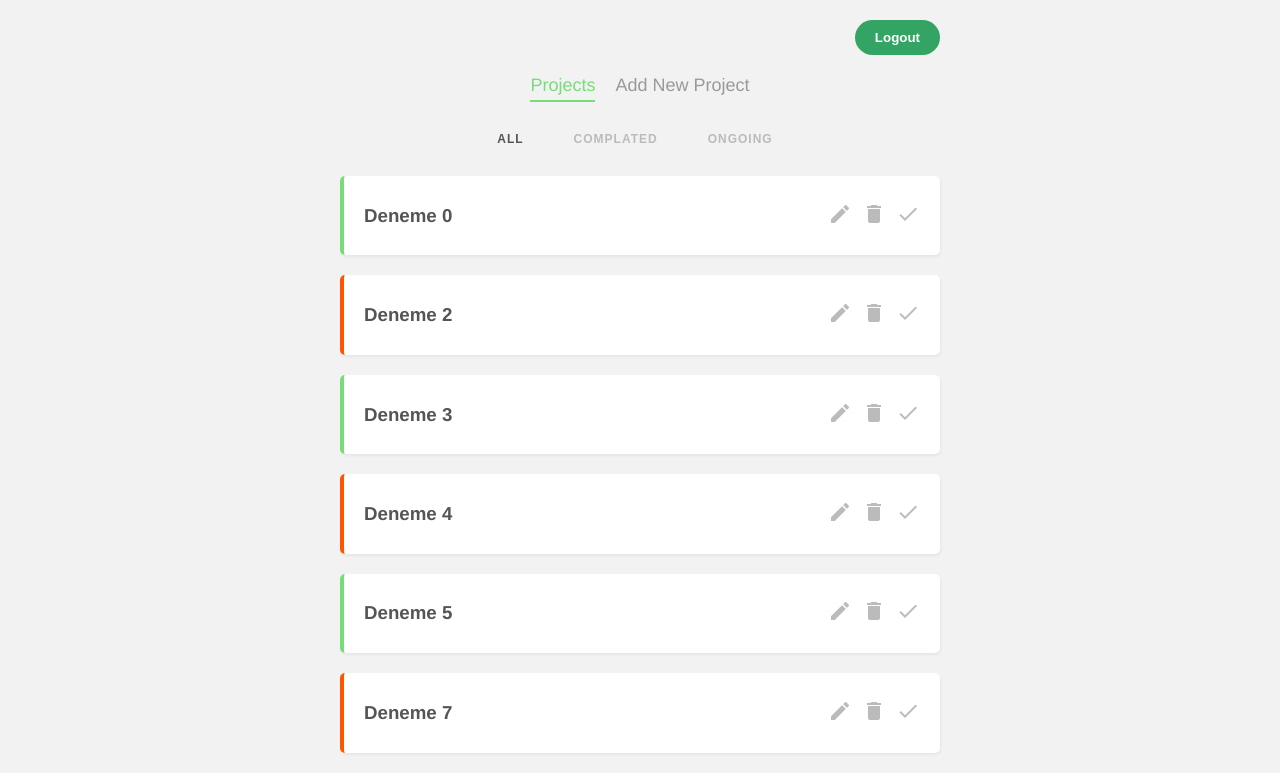
Repository: sercanisli/task-app
Page: /
These files come from the project's save history. The page is drawn as it stood at one moment and after a run of saves; the edit follows.
The browser window is 1280 px wide. The pictures show the whole page.
The project was rebuilt for these pictures with package versions that can differ from the ones it lists, and the page was loaded fresh each time. Requests to the local data server were answered from the project's data file. Also part of the build but not shown: vue.config.js, src/assets/main.css. Imported but missing from the stored project, and not drawn on this page: src/views/AddProject.vue.

Above is the page before, as saved 2024-05-07 23:03:36.

After the next 3 saves:
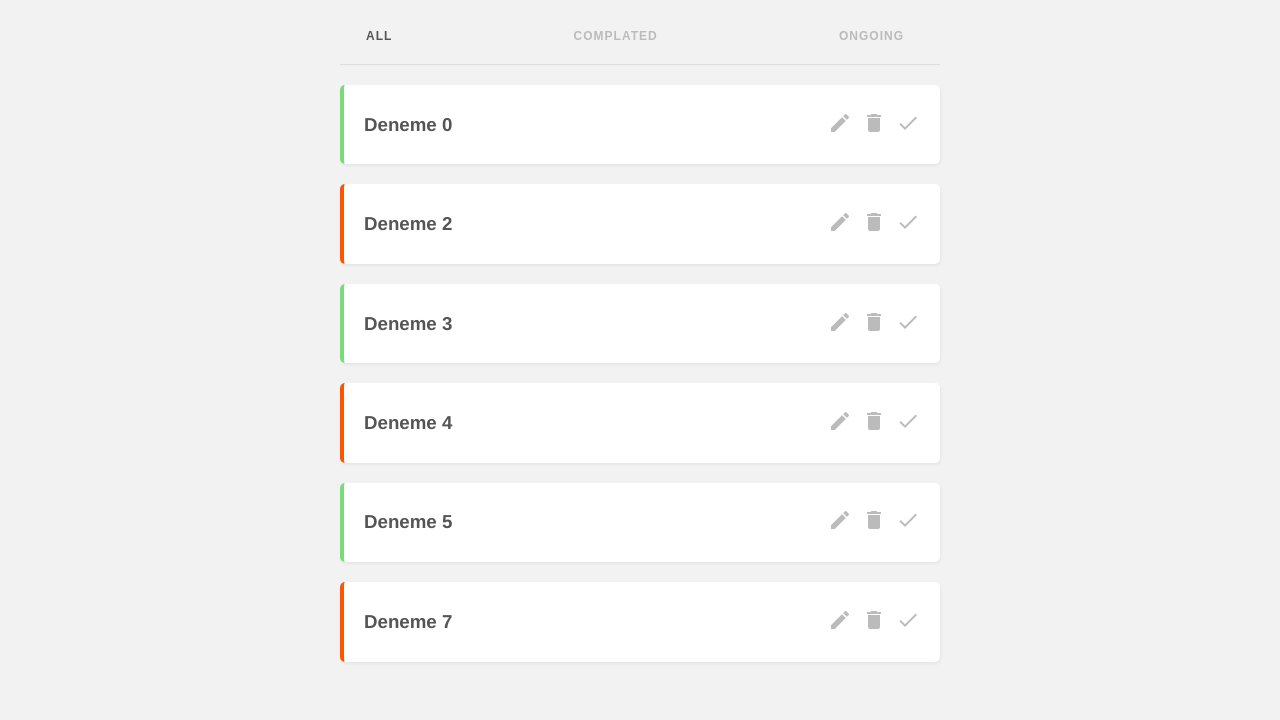
The 3 saves are shown as one change because 2 did not build or start.
The last was saved 3 min 48 s later.
--- a/src/components/Navbar.vue
+++ b/src/components/Navbar.vue
@@ -1,29 +1,24 @@
 <template>
-  <div class="buttonDiv">
-    <Tag severity="info" value="Info">{{ user }}</Tag>
-    <button class="button" @click="handleClick">Logout</button>
-  </div>
-  <nav class="main-nav">
-    <router-link :to="{ name: 'home' }">Projects</router-link>
-    <router-link :to="{ name: 'AddProject' }">Add New Project</router-link>
+  <nav v-if="user">
+    <div>
+      <p>Hi {{ user.displayName }}</p>
+    </div>
+    <button class="pointer" @click="handleClick">Logout</button>
   </nav>
 </template>
 
 <script>
 import useLogout from "../composables/useLogout";
 import getUser from "../composables/getUser";
-import Tag from "primevue/tag";
 export default {
-  components: {
-    Tag,
-  },
   setup() {
     const { logout, error } = useLogout();
     const { user } = getUser();
     const handleClick = async () => {
       await logout();
-      if (!error.value) {
-      }
+      // if (!error.value) {
+      //   console.log("user logged out");
+      // }
     };
     return { handleClick, user };
   },
@@ -31,42 +26,24 @@ export default {
 </script>
 
 <style>
-.main-nav {
-  text-align: center;
-  margin: 20px auto;
+nav {
+  padding: 20px;
+  border-bottom: 1px solid #ddd;
+  display: flex;
+  justify-content: space-between;
+  align-items: center;
 }
-.main-nav a {
-  display: inline-block;
-  text-decoration: none;
-  margin: 0 10px;
-  color: #999;
-  font-size: 18px;
+nav p {
+  margin: 2px auto;
+  font-size: 16px;
+  color: #444;
+  text-align: left;
 }
-a.router-link-active {
-  border-bottom: 2px solid #76dd78;
-  padding-bottom: 4px;
-  color: #76dd78;
+nav p.email {
+  font-size: 14px;
+  color: #888;
 }
-
-.buttonDiv {
-  display: flex; /* Butonun içinde sağa yaslama yapmak için */
-  justify-content: flex-end; /* Butonları sağa yaslar */
-  margin-top: 20px;
-}
-
-.displayName {
-  margin-right: 20px;
-}
-
-button {
-  justify-content: end;
-  text-decoration: none;
-  background: #33a464;
-  color: #fff;
-  font-weight: bold;
-  border: 0;
-  border-radius: 20px;
-  padding: 10px 20px;
+.pointer {
   cursor: pointer;
 }
 </style>
--- a/src/composables/getUser.js
+++ b/src/composables/getUser.js
@@ -3,12 +3,12 @@ import { projectAuth } from "../firebase/config";
 
 const user = ref(projectAuth.currentUser);
 
-projectAuth.onAuthStateChanged(_user => {
-    user.value = _user
-})
+projectAuth.onAuthStateChanged((_user) => {
+  user.value = _user;
+});
 
 const getUser = () => {
-    return { user };
+  return { user };
 };
 
 export default getUser;
